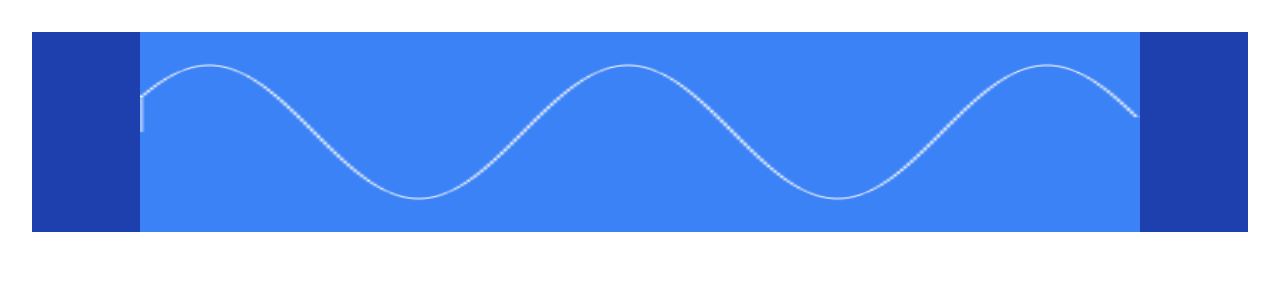
Repository: TMuse333/quantum-experiments
Page: /
An editor plug-in stored every save of this project. The page is shown before and after the next save, followed by the edit.
The browser window is 1280 px wide. The pictures show the whole page.
The project was rebuilt for these pictures with package versions that can differ from the ones it lists, and the page was loaded fresh each time. Also part of the build but not shown: vite.config.ts.

Above is the page before, as saved 2024-06-08 18:04:24.

### src/App.tsx
import { useState } from 'react'
import reactLogo from './assets/react.svg'
import viteLogo from '/vite.svg'
import './App.css'
import SineWave from './components/wave/wave'

function App() {
  const [count, setCount] = useState(0)

  return (
    <>
    <div className='bg-blue-800'>


     <SineWave/>
     </div>
    </>
  )
}

export default App

### src/components/wave/wave.tsx
import React, { useRef, useEffect } from 'react';

const SineWave: React.FC = () => {
  const canvasRef = useRef<HTMLCanvasElement | null>(null);

  useEffect(() => {
    const canvas = canvasRef.current;
    if (!canvas) return;

    const c = canvas.getContext('2d');
    if (!c) return;

    const wave = {
      amplitude: 50,
      frequency: 0.05, // Slower wave
      speed: 0.03, // Slower speed
      xOffset: 0,
      yOffset: canvas.height / 2,
      waveColor: '#fff'
    };

    const draw = () => {
      c.clearRect(0, 0, canvas.width, canvas.height);
      c.beginPath();
      c.moveTo(0, wave.yOffset);
      for (let x = 0; x < canvas.width; x++) {
        const y = wave.yOffset + Math.sin(x * wave.frequency + wave.xOffset) * wave.amplitude;
        c.lineTo(x, y);
      }
      c.strokeStyle = wave.waveColor;
      c.stroke();
      wave.xOffset += wave.speed;
      requestAnimationFrame(draw);
    };

    draw();

    // const resizeHandler = () => {
    //   canvas.width = window.innerWidth;
    //   canvas.height = window.innerHeight;

    // };

    // window.addEventListener('resize', resizeHandler);

    // return () => {
    //   window.removeEventListener('resize', resizeHandler);
    // };
  }, []);

  return  (
    <div className='w-screen bg-blue-500
    h-[200px] max-w-[1000px] ml-auto mr-auto'>


  <canvas className='h-full ml-auto mr-auto w-full'
   ref={canvasRef} />
     </div>
  )
};

export default SineWave;

Loaded but not shown: index.html (common file); src/main.tsx (common file); src/index.css (common file); src/App.css (common file); tailwind.config.js (common file)

After the next save:
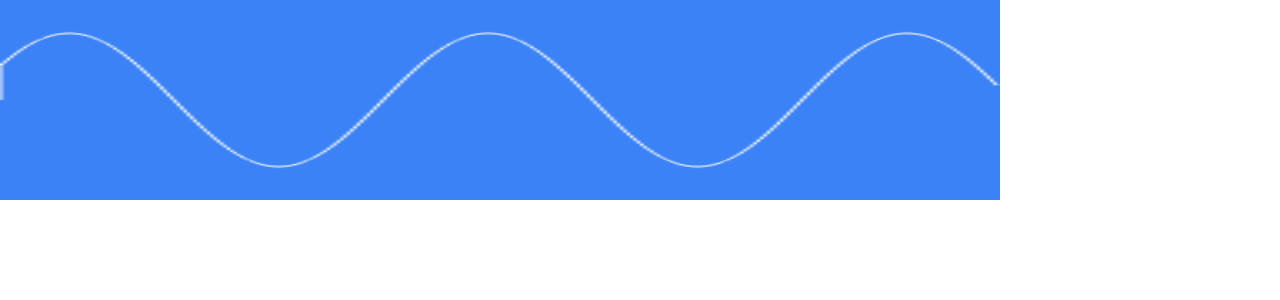
Saved 17 s later.
--- a/src/App.tsx
+++ b/src/App.tsx
@@ -9,7 +9,7 @@ function App() {
 
   return (
     <>
-    <div className='bg-blue-800'>
+    <div className='bg-blue-800 absolute top-0 left-0'>
 
 
      <SineWave/>
